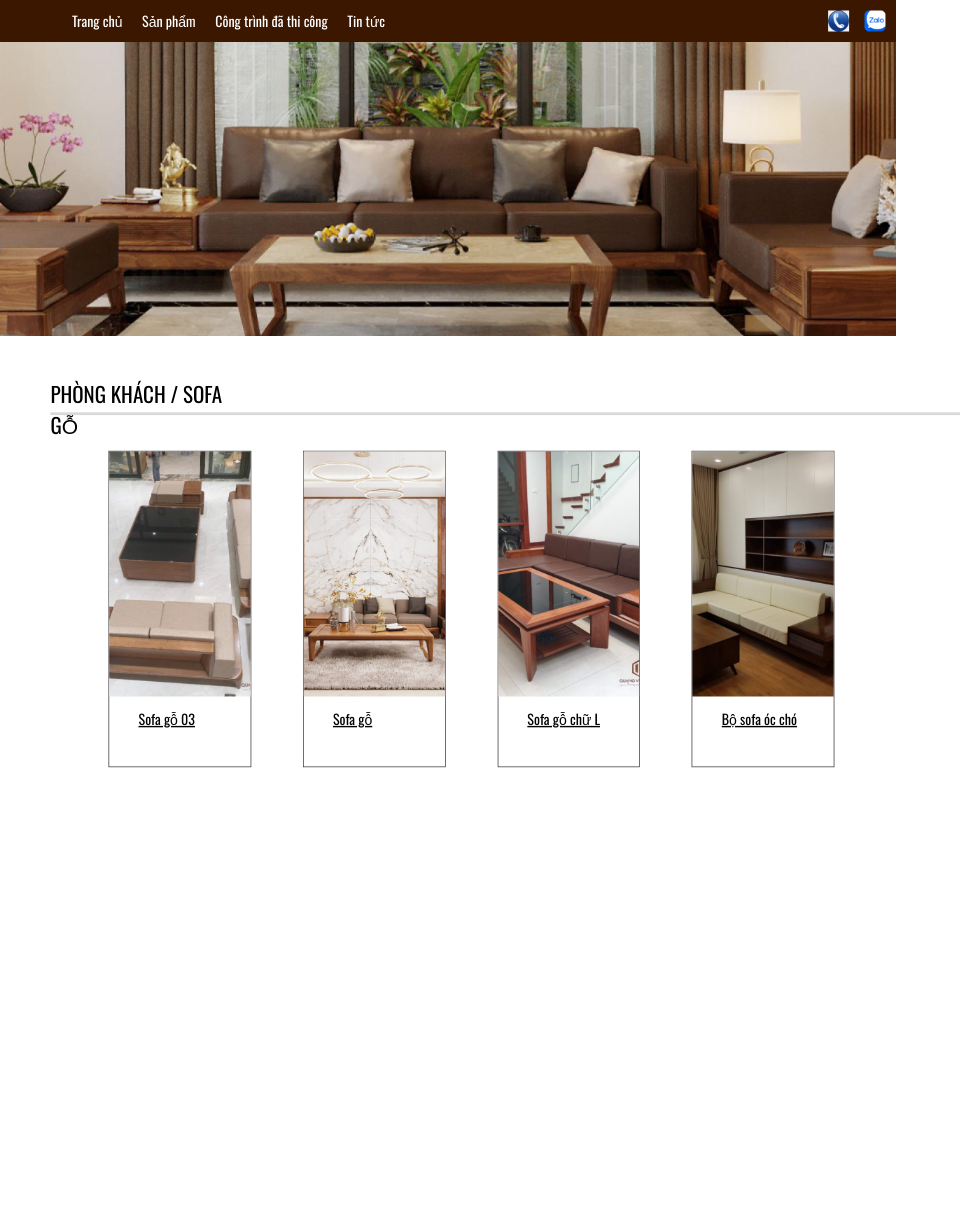
Repository: KHANHD192/FigmaTo-HTML
Page: APP-SHOP/index.html
The author's editor kept a copy of each file at every save. The page is drawn from the files as they stood at one save, then again after the next save.
The browser window is 1280 px wide. The page is 1372 px wide, so the pictures cover 1372 px, including what lies to the right of the window. The pictures show the part of the page from y = 0 to 1760 px (the page is 4376 px tall), at 70% of full size.

Above is the page before, as saved 2022-11-21 13:59:38.

### APP-SHOP/index.html
<!DOCTYPE html>
<html lang="en">
<head>
    <meta charset="UTF-8">
    <meta http-equiv="X-UA-Compatible" content="IE=edge">
    <meta name="viewport" content="width=device-width, initial-scale=1.0">
    <title>APP-SHOP</title>
    <link rel="stylesheet" href="https://cdnjs.cloudflare.com/ajax/libs/normalize/8.0.1/normalize.min.css" integrity="sha512-NhSC1YmyruXifcj/KFRWoC561YpHpc5Jtzgvbuzx5VozKpWvQ+4nXhPdFgmx8xqexRcpAglTj9sIBWINXa8x5w==" crossorigin="anonymous" referrerpolicy="no-referrer" />
    <link rel="stylesheet" href="./asset/Css_main/base.css">
    <link rel="stylesheet" href="./asset/Css_main/main.css">
    <link rel="preconnect" href="https://fonts.googleapis.com">
     <link rel="preconnect" href="https://fonts.gstatic.com" crossorigin>
</head>
<body>
    <div class="app">
         <header class="app__header">
                 <div class="header__nav-bar">
                    <ul class="nav-bar__item">
                        <li>
                            <a href="./index.html" class="nav-bar__item-link">Trang chủ</a>
                        </li>
                        <li>
                            <a href="#" class="nav-bar__item-link">Sản phẩm</a>
                        </li>
                        <li>
                            <a href="./ctdtc.html" class="nav-bar__item-link">Công trình đã thi công</a>
                        </li>
                        <li>
                            <a href="./tintuc.html" class="nav-bar__item-link">Tin tức</a>
                        </li>
                    </ul>
                    <ul class="nav-bar__icon">
                        <li>
                            <img src="./asset/IMG/image 3.png" alt="" class="logo">
                        </li>
                        <li>
                            <img src="./asset/IMG/image 2.png" alt="" class="logo">
                        </li>
                    </ul>
                 </div>
                 <div class="header__background">
                     <img src="./asset/IMG/image 4.png" alt="background">
                 </div>
         </header>
     <div class="app__container">
        <div class="container__collect">
            <div class="collect1">
                <h2 class="title">PHÒNG KHÁCH / SOFA GỖ</h2>
                <ul class="list__item">
                    <li>
                        <div class="wrap__image">
                            <img src="./asset/IMG/image 5.png" alt="" class="item__image">
                        </div>
                        <a href="https://noithatquangvu.vn/san-pham/sofa-go-3/" class="item__image-link">Sofa gỗ 03</a>
                    </li>
                    <li>
                          <div class="wrap__image">
                            <img src="./asset/IMG/image 5 (1).png" alt="" class="item__image">
                          </div>
                        <a href="https://noithatquangvu.vn/san-pham/sofa-go/" class="item__image-link">Sofa gỗ</a>
                    </li>
                    <li>
                         <div class="wrap__image">
                            <img src="./asset/IMG/image 6.png" alt="" class="item__image">
                         </div>
                        <a href="https://noithatquangvu.vn/san-pham/sofa-go-chu-l/" class="item__image-link">Sofa gỗ chữ L</a>
                    </li>
                    <li>
                       <div class="wrap__image">
                        <img src="./asset/IMG/image 6 (1).png" alt="" class="item__image">
                       </div>
                        <a href="https://noithatquangvu.vn/san-pham/bo-sofa-go-oc-cho-ms10/" class="item__image-link">Bộ sofa óc chó</a>
                    </li>

                </ul>
            </div>
        </div>
     </div>
     <footer class="app__footer">

     </footer>
    </div>
</body>
</html>

### APP-SHOP/asset/Css_main/base.css
@import url('https://fonts.googleapis.com/css2?family=Oswald&family=Roboto:wght@100&display=swap');
/* header */
html{
    font-size: 62.5%;
    box-sizing: border-box;
    font-family: 'Oswald', sans-serif;
}
.app{
    max-width: 1800px;
}
.app__header{

}
.header__nav-bar{
      display: flex;
      justify-content: space-between;
      height: 60px;
      background-color: #3C1700;;
}
.nav-bar__item {
    width: 603px;
    height: 30px;
    list-style: none;
    display: flex;
    font-family: 'Oswald', sans-serif;
    font-size: 20px;
    line-height: 29.64px;
    margin-top: 15px;
    margin-bottom: 15px ;
    margin-left: 63px;
}
.nav-bar__item-link{
    text-decoration: none;
    color: #FFFFFF;
    margin-right: 28px;
}
.header__nav-bar:not(:last-child){
    margin-right: 0;
}
.nav-bar__icon{
    list-style: none;
    display: flex;
    margin-top: 15px;
    margin-bottom: 15px ;
    margin-right: 15px;
}
.logo{
    width: 30px;
    height: 30px;
}
.logo:last-child{
    margin-left: 22px;
}
.header__background{
    width:100%;
    height: 420px;
}
.header__background img{
    width: 100%;
    height: 100%;
    object-fit: cover;
}
/* footer */

### APP-SHOP/asset/Css_main/main.css
.app__container{
 max-width: 1800px;
    height: 3835px;
}
.collect1 h2{
    width: 285px;
    height: 42px;
    font-family: 'Oswald', sans-serif;
    font-weight: 400;
    font-size: 30px;
    line-height: 44.46px;
    color: #000000;
    position: relative;
    margin-top: 61px;
    margin-bottom: 61px;
    margin-left: 72px;
}
.collect1 h2::after{
    content: "";
    position: absolute;
    width: 1300px;
    height: 4px;
    background-color: #D9D9D9;
    left:0;
    bottom: -10px;

}
.collect1 .list__item{
    list-style: none;
    display: flex;
    margin-left:115px;
    margin-right: 88px;
}
.list__item li {
   max-width: 350px;
    height: 450px;
    border:  1px solid #332F2F;
    margin-right: 74px;
}
.list__item li:last-child{
    margin-right: 0;
}
li .wrap__image{
   max-width: 350px;
    height: 350px;
}
.item__image-link{
    display: block;
    max-width:118px;
    height: 63px;
    font-size: 20px;
    font-weight: 400;
    line-height: 44.46px;
    margin:1rem auto;
    color: #000000;
}
li .wrap__image img{
    width: 100%;
    height: 100%;
    object-fit: cover;
}

After the next save:
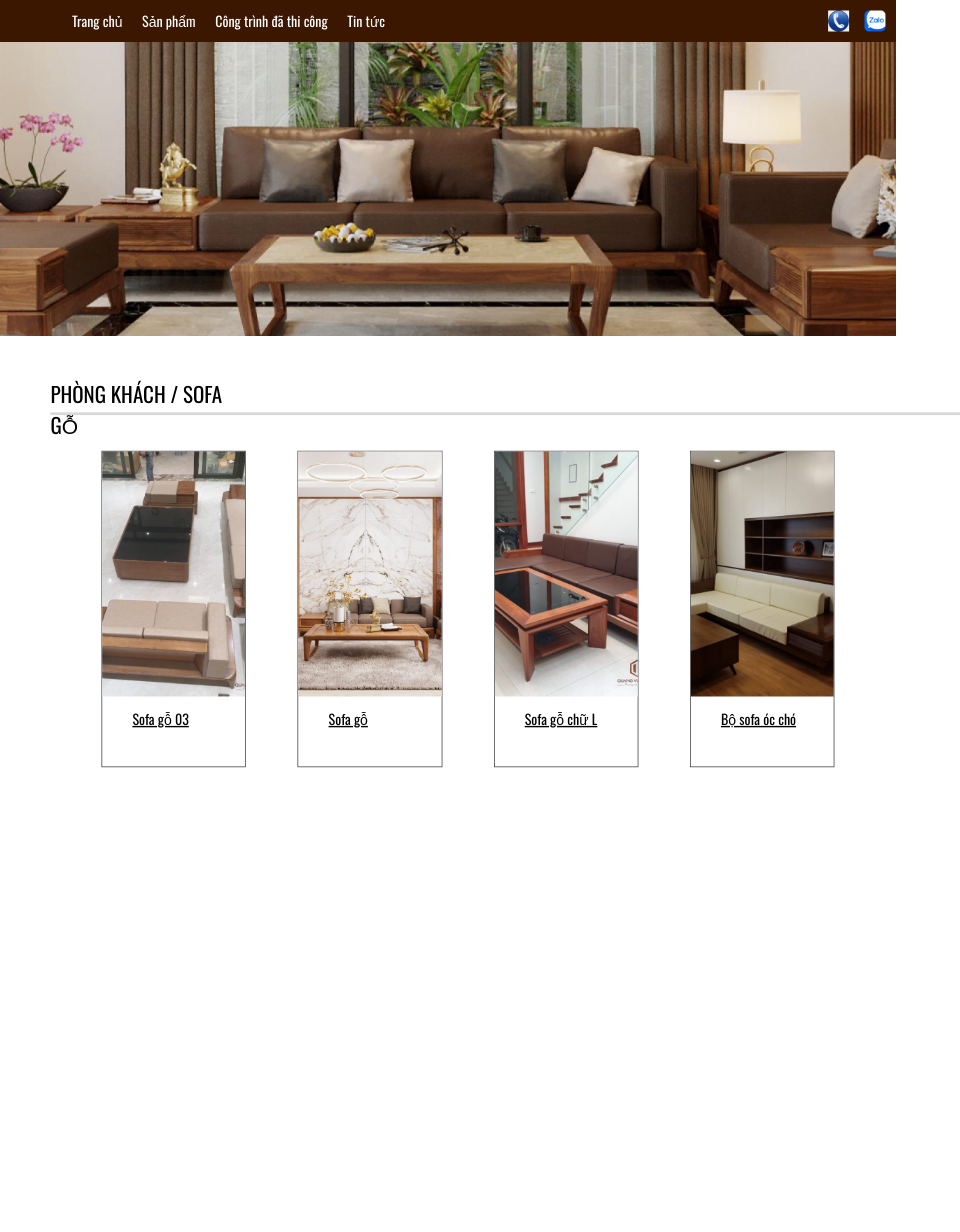
Saved 10 s later.
--- a/APP-SHOP/asset/Css_main/main.css
+++ b/APP-SHOP/asset/Css_main/main.css
@@ -28,7 +28,7 @@
 .collect1 .list__item{
     list-style: none;
     display: flex;
-    margin-left:115px;
+    margin-left:105px;
     margin-right: 88px;
 }
 .list__item li {
